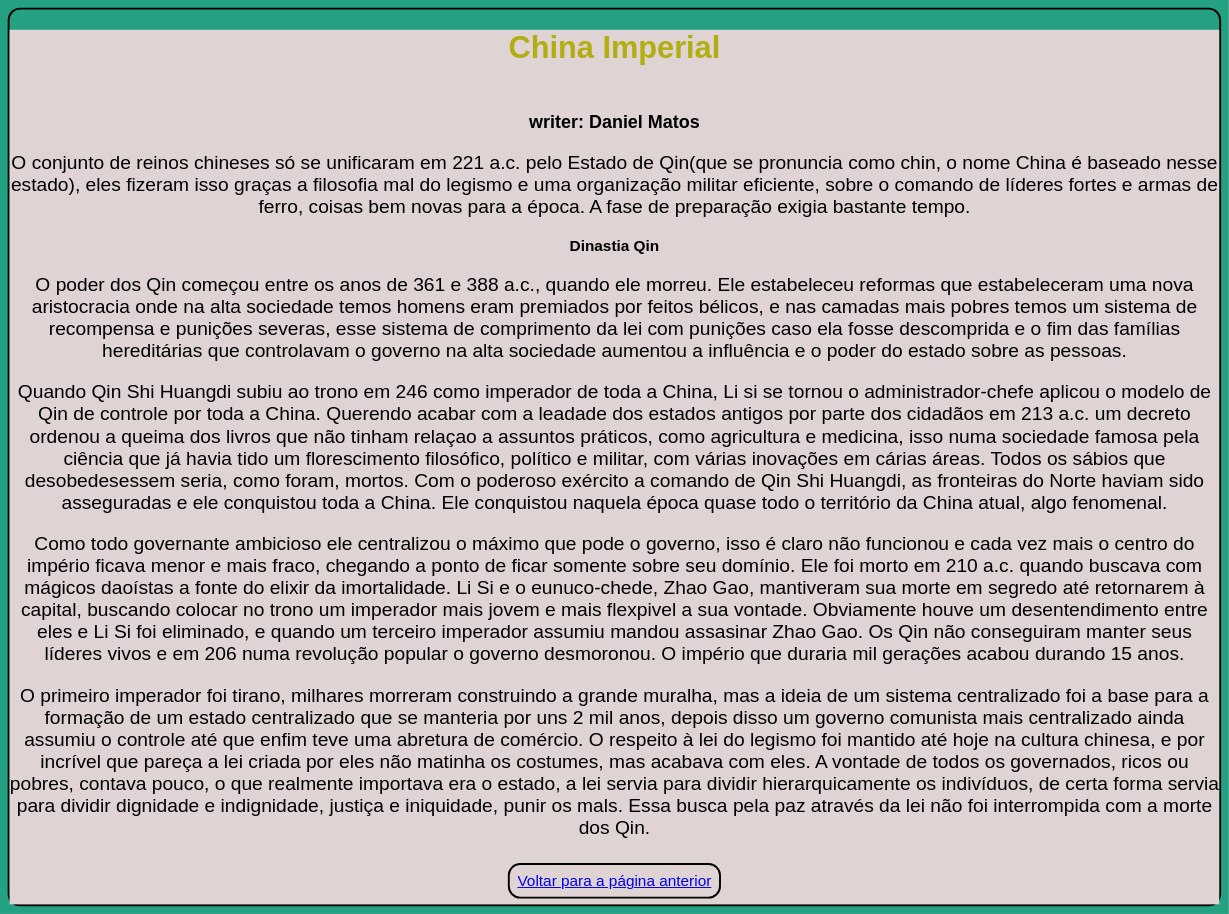
Repository: batmit/FutureFundation.github.io-1
Page: menu/articles/history/ancient/china/china.html
The author's editor kept a copy of each file at every save. The page is drawn from the files as they stood at one save, then again after the next save.
The browser window is 1280 px wide. The pictures show the whole page, at 96% of full size.

Above is the page before, as saved 2021-09-26 13:57:40.

After the next save:
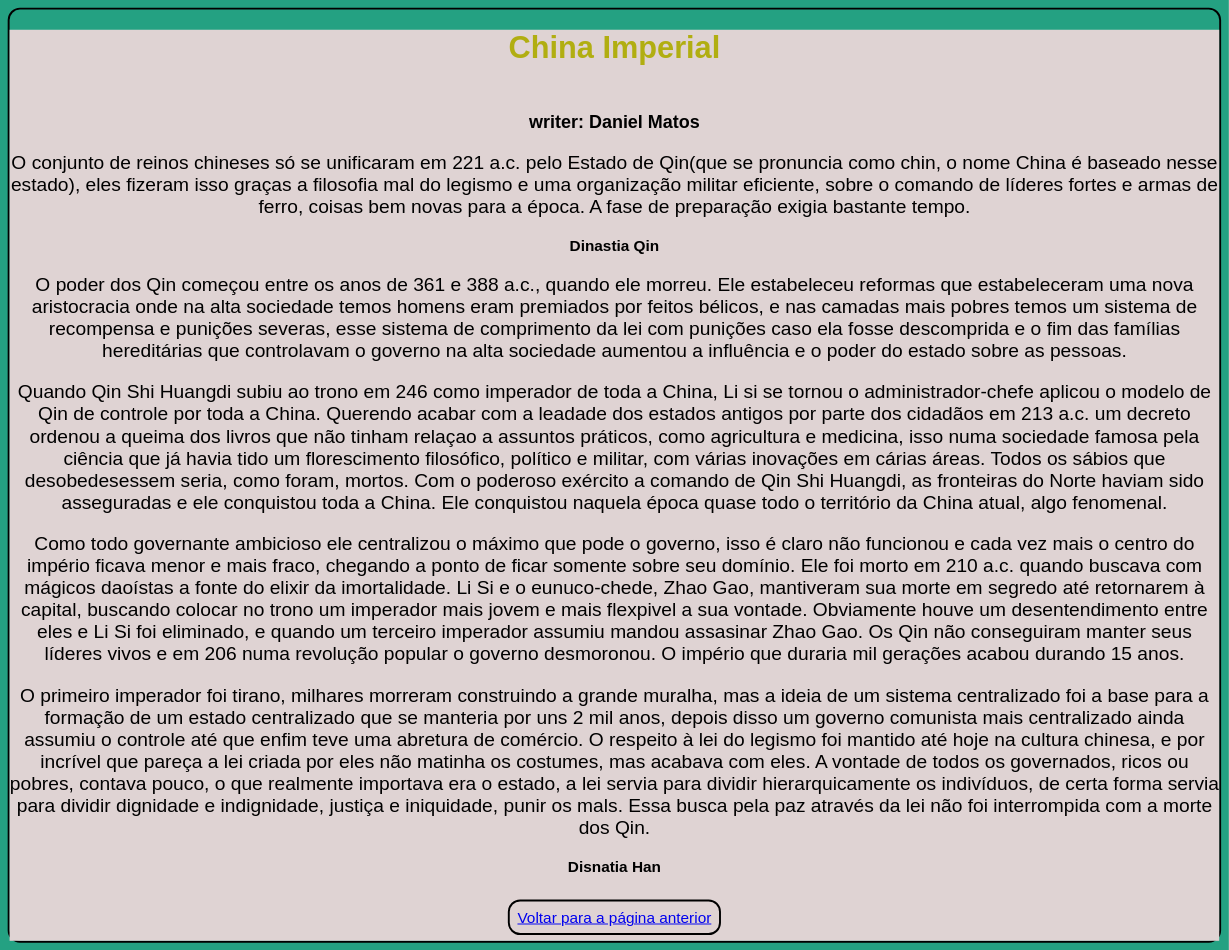
Saved 13 s later.
--- a/menu/articles/history/ancient/china/china.html
+++ b/menu/articles/history/ancient/china/china.html
@@ -24,6 +24,10 @@
         <p>Como todo governante ambicioso ele centralizou o máximo que pode o governo, isso é claro não funcionou e cada vez mais o centro do império ficava menor e mais fraco, chegando a ponto de ficar somente sobre seu domínio. Ele foi morto em 210 a.c. quando buscava com mágicos daoístas a fonte do elixir da imortalidade. Li Si e o eunuco-chede, Zhao Gao, mantiveram sua morte em segredo até retornarem à capital, buscando colocar no trono um imperador mais jovem e mais flexpivel a sua vontade. Obviamente houve um desentendimento entre eles e Li Si foi eliminado, e quando um terceiro imperador assumiu mandou assasinar Zhao Gao. Os Qin não conseguiram manter seus líderes vivos e em 206 numa revolução popular o governo desmoronou. O império que duraria mil gerações acabou durando 15 anos.  </p>
         <p>O primeiro imperador foi tirano, milhares morreram construindo a grande muralha, mas a ideia de um sistema centralizado foi a base para a formação de um estado centralizado que se manteria por uns 2 mil anos, depois disso um governo comunista mais centralizado ainda assumiu o controle até que enfim teve uma abretura de comércio. O respeito à lei do legismo foi mantido até hoje na cultura chinesa, e por incrível que pareça a lei criada por eles não matinha os costumes, mas acabava com eles. A vontade de todos os governados, ricos ou pobres, contava pouco, o que realmente importava era o estado, a lei servia para dividir hierarquicamente os indivíduos, de certa forma servia para dividir dignidade e indignidade, justiça e iniquidade, punir os mals. Essa busca pela paz através da lei não foi interrompida com a morte dos Qin. </p>
 
+        <strong>Disnatia Han</strong>
+
+        <p></p>
+
 
 
 
